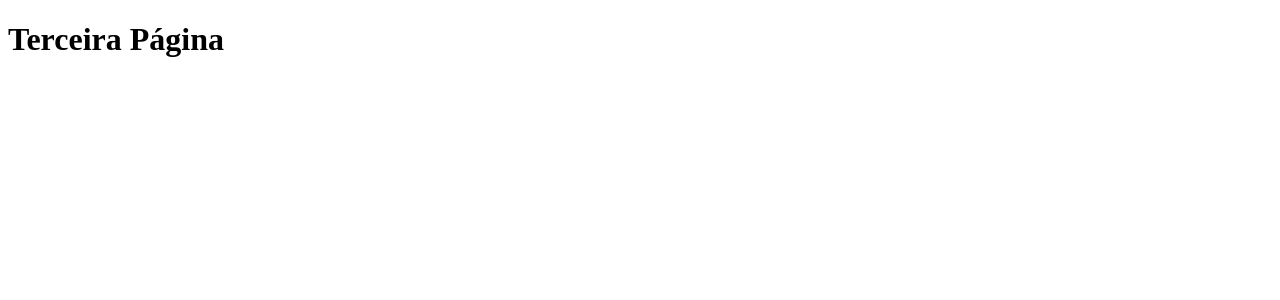
Repository: Guillermomarcon/exercicios
Page: ex0010/index3.html
These files come from the project's save history. The page is drawn as it stood at one moment and after the next save; the edit follows.
The browser window is 1280 px wide. The pictures show the whole page.

Above is the page before, as saved 2020-12-14 00:14:54.

After the next save:
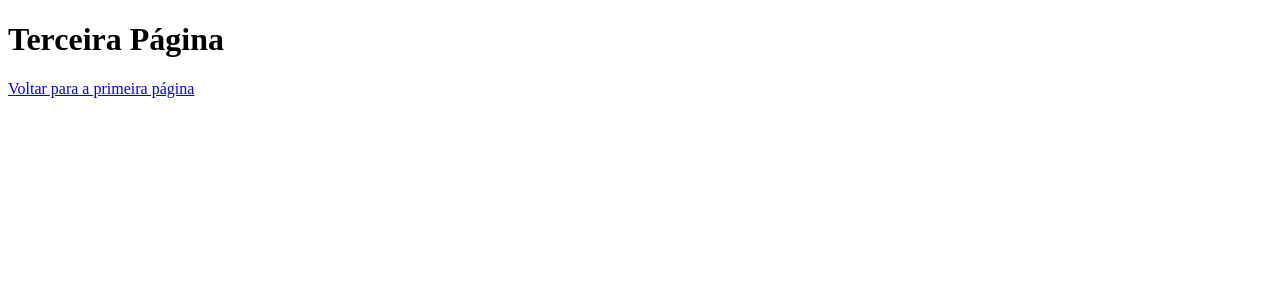
Saved 19 s later.
--- a/ex0010/index3.html
+++ b/ex0010/index3.html
@@ -7,7 +7,7 @@
 </head>
 <body>
     <h1>Terceira Página</h1>
-    <p> <a href="index.html"></a></p>
+    <p> <a href="index.html">Voltar para a primeira página</a></p>
 
 </body>
 </html>
